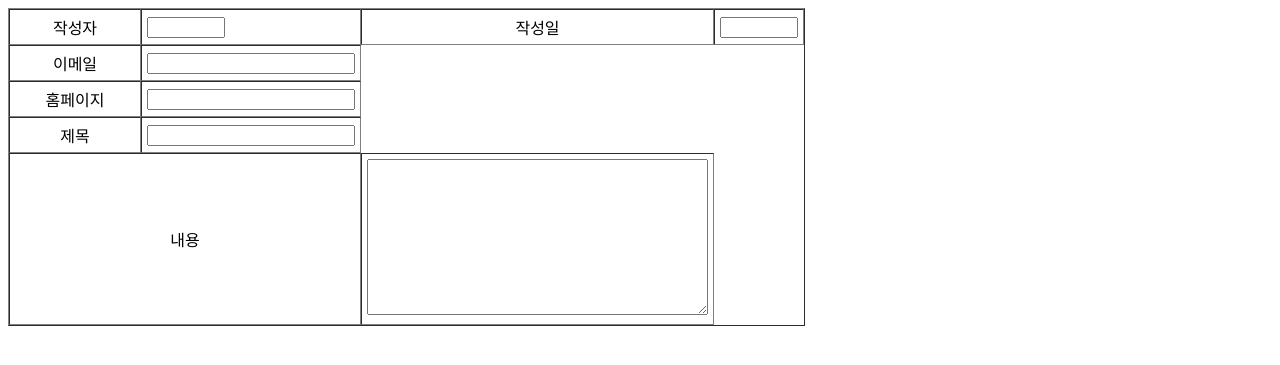
Repository: kimsuel/java-ee-practice
Page: guestbookservlet/WebContent/guestbook/guestbookList.html
The author's editor kept a copy of each file at every save. The page is drawn from the files as they stood at one save, then again after the next save.
The browser window is 1280 px wide. The pictures show the whole page.

Above is the page before, as saved 2018-06-20 07:41:26.

After the next save:
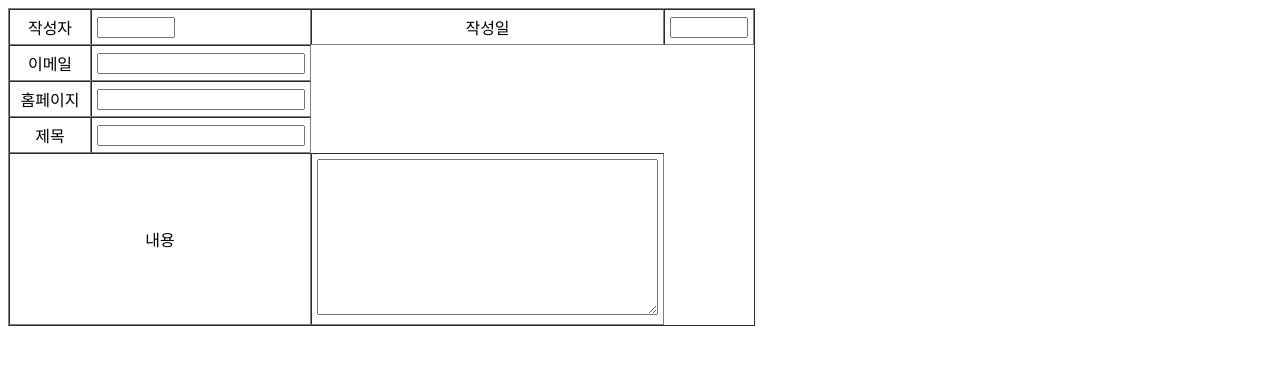
Saved 26 s later.
--- a/guestbookservlet/WebContent/guestbook/guestbookList.html
+++ b/guestbookservlet/WebContent/guestbook/guestbookList.html
@@ -7,9 +7,9 @@
 <body>
 	<table border="1" cellpadding="5" cellspacing="0">
 			<tr>
-				<td width="120" align="center">작성자</td>
+				<td width="70" align="center">작성자</td>
 				<td><input type="text" name="email" style="width:70px"></td>
-				<td align="center">작성일</td>
+				<td width="70" align="center">작성일</td>
 				<td><input type="text" name="email" style="width:70px"></td>
 			</tr>
 			<tr>
